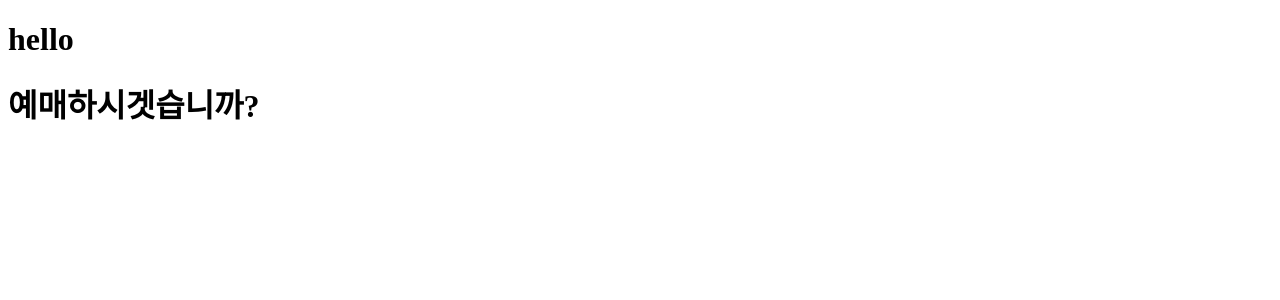
Repository: CISXO/JSP
Page: http://localhost/DB_Project/booktrain.jsp
An editor plug-in stored every save of this project. The page is shown before and after the next save, followed by the edit.
The browser window is 1280 px wide. The pictures show the whole page.
The page is served by Tomcat 9. Queries for data that is not in the repository find no rows.

Above is the page before, as saved 2022-12-21 22:08:09.

After the next save:
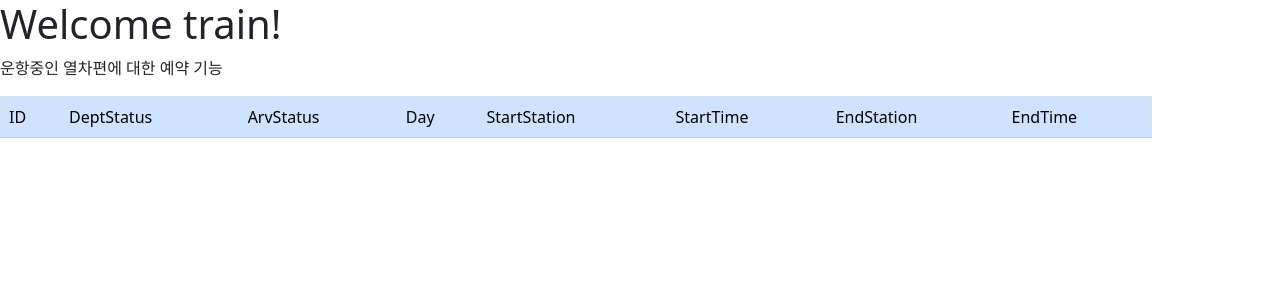
Saved 3 min 40 s later.
--- a/DbProject/DB_Project/src/main/webapp/booktrain.jsp
+++ b/DbProject/DB_Project/src/main/webapp/booktrain.jsp
@@ -1,13 +1,81 @@
 <%@ page language="java" contentType="text/html; charset=EUC-KR"
-    pageEncoding="EUC-KR"%>
+    pageEncoding="EUC-KR" import= "java.sql.*" %>
 <!DOCTYPE html>
 <html>
 <head>
 <meta charset="EUC-KR">
 <title>Insert title here</title>
 </head>
-<body>
-<h1>hello</h1>
-<h1>예매하시겟습니까? </h1>
+<style>
+
+tbody td:hover {
+    cursor: pointer;
+}
+</style>
+
+    <link href="https://cdn.jsdelivr.net/npm/bootstrap@5.0.2/dist/css/bootstrap.min.css" rel="stylesheet"
+        integrity="sha384-EVSTQN3/azprG1Anm3QDgpJLIm9Nao0Yz1ztcQTwFspd3yD65VohhpuuCOmLASjC" crossorigin="anonymous">
+
+<body style="width:90%;">
+
+
+<h1> Welcome train!</h1>
+<p> 운항중인 열차편에 대한 예약 기능 </p>
+<%
+Class.forName("org.mariadb.jdbc.Driver");
+String jdbcDriver = "jdbc:mariadb://localhost:3306/homework";
+String dbUser = "root";
+String dbPass = "22489612up!";
+String query = " select * from operation,TrainCode where operation.TrainCode_ID=TrainCode.ID order by operation.id;";
+
+Connection conn = null;
+Statement stmt = null;
+ResultSet result = null;
+
+
+try {
+	conn = DriverManager.getConnection(jdbcDriver, dbUser, dbPass);
+	stmt = conn.createStatement();
+	result = stmt.executeQuery(query);
+
+%>  <table class="boardTable table table-hover" border = "1">
+                    <thead class="table-primary">
+                        <tr>
+                        <td>ID</td>
+                        <td>DeptStatus</td>
+                        <td>ArvStatus</td>
+                        <td>Day</td>
+                        <td>StartStation</td>
+                        <td>StartTime</td>
+                        <td>EndStation</td>
+                        <td>EndTime</td>
+                        </tr>
+                    </thead>
+                    <%
+                    while(result.next()) {
+                    %>
+                    <tbody id="tablebody" class="table-light">
+                        <tr onclick="trClick(this)">
+                        	<td><%=result.getInt("ID")%></td>
+                            <td><%=result.getString("DeptStatus")%></td>
+                            <td><%=result.getString("ArvStatus")%></td>
+                            <td><%=result.getString("Day")%></td>
+                            <td><%=result.getString("StartStation")%></td>
+                            <td><%=result.getString("StartTime") %></td>
+                            <td><%=result.getString("EndStation") %></td>
+                            <td><%=result.getString("EndTime") %></td>
+                        </tr>
+
+                    </tbody>
+                    <%} %>
+                </table><%
+	result.close();
+	stmt.close();
+	conn.close();
+} catch(SQLException e) {
+	out.println("err."+e.toString());
+}
+%>
+
 </body>
 </html>
